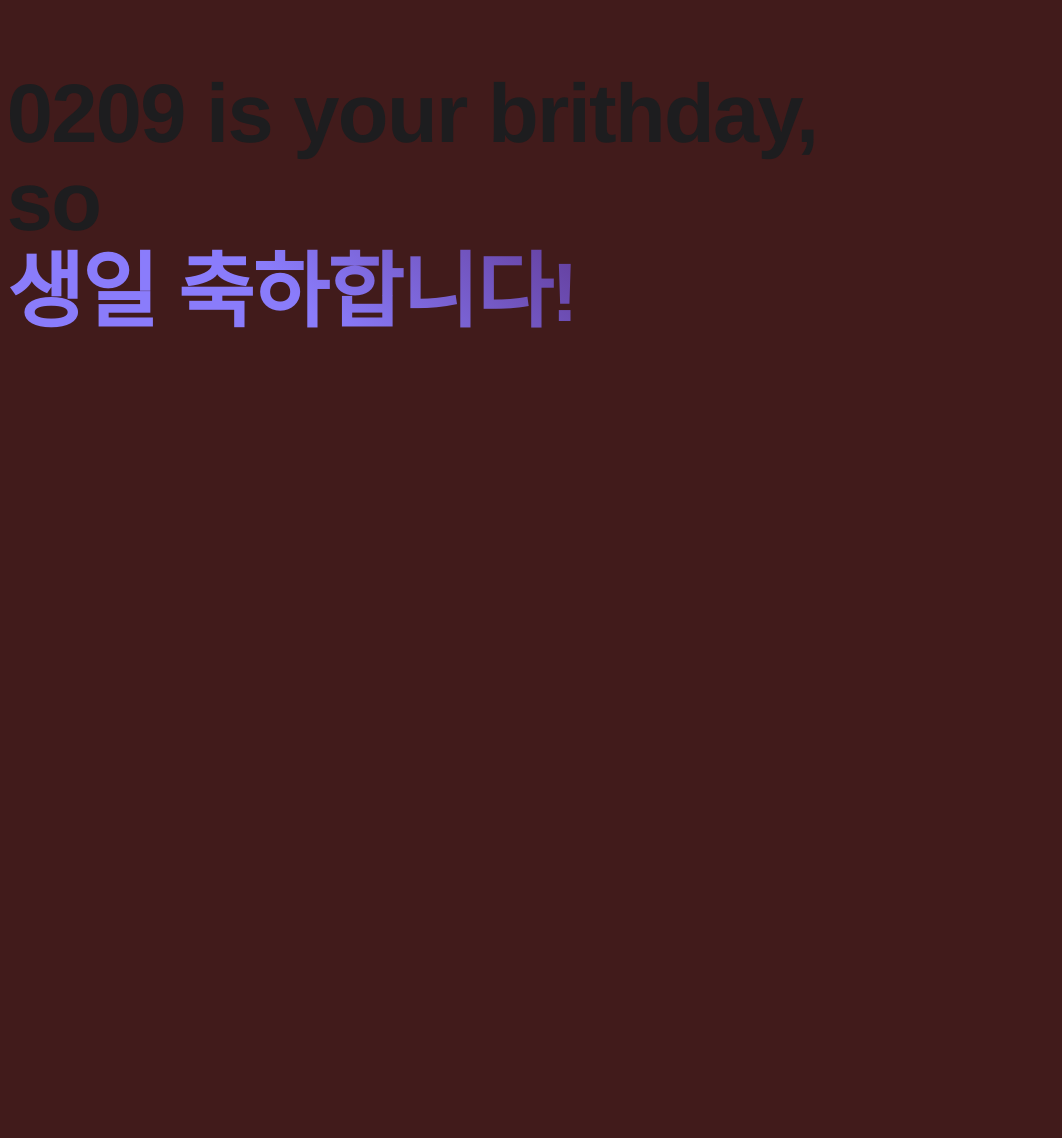
Repository: Caococos/02-09
Page: /
The author's editor kept a copy of each file at every save. The page is drawn from the files as they stood at one save, then again after the next save.
The browser window is 1280 px wide. The pictures show the whole page, at 83% of full size.
The project was rebuilt for these pictures with package versions that can differ from the ones it lists, and the page was loaded fresh each time. Also part of the build but not shown: vue.config.js.

Above is the page before, as saved 2021-06-11 22:41:54.

After the next save:
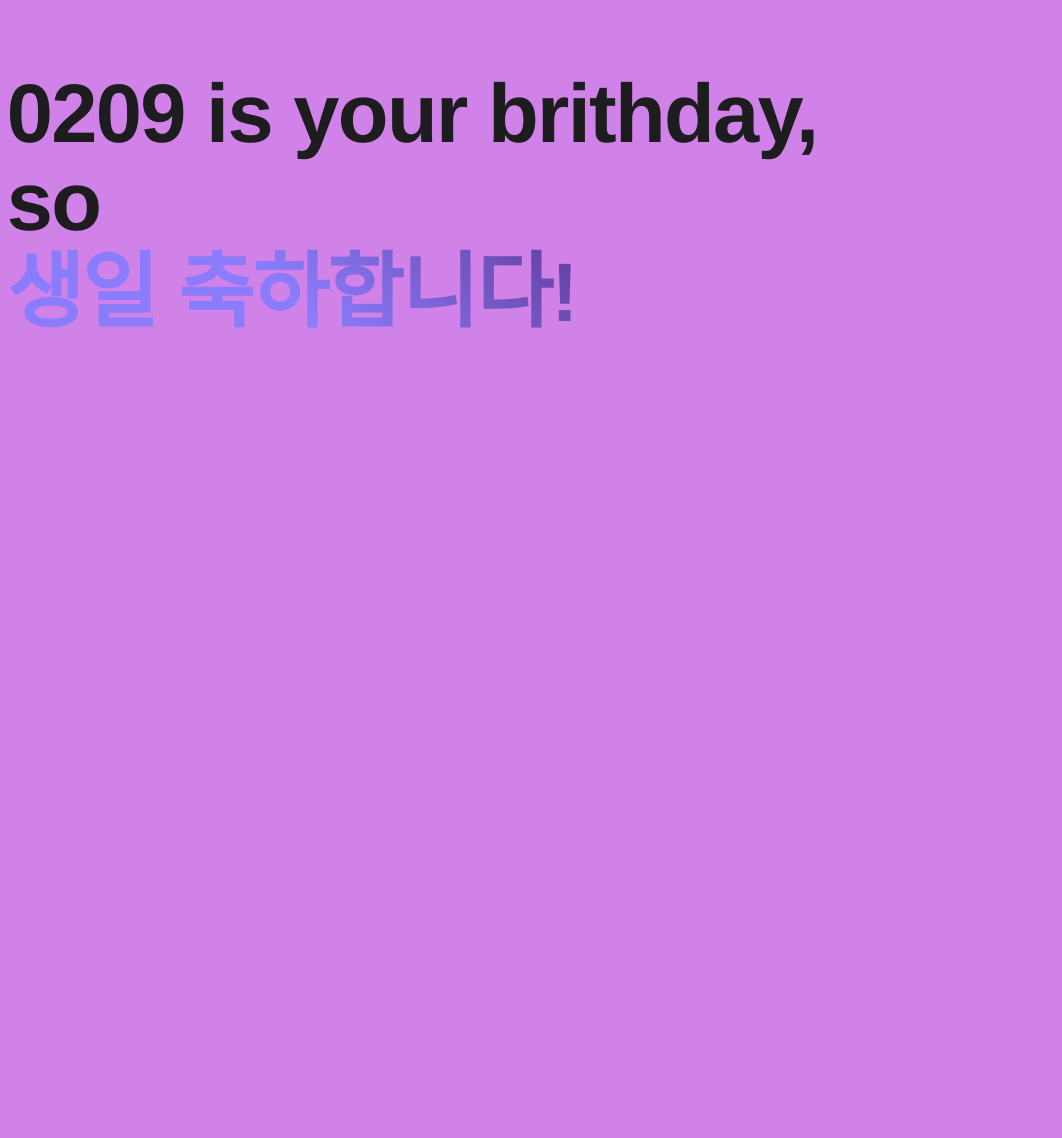
Saved 9 s later.
--- a/src/assets/css/index.css
+++ b/src/assets/css/index.css
@@ -4,5 +4,5 @@
 
 body {
   height: 100vw;
-  background-color: rgb(65, 27, 27);
+  background-color: rgb(209, 130, 233);
 }
